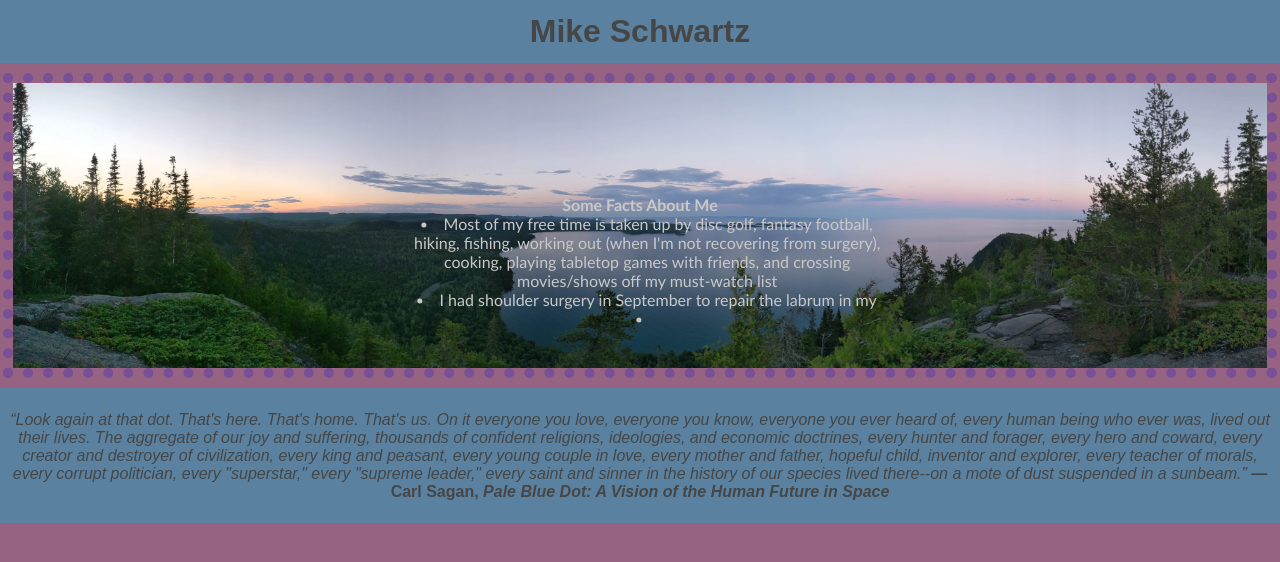
Repository: Ellusionism/prime-pw-week-1-assignment
Page: assignment/index.html
The author's editor kept a copy of each file at every save. The page is drawn from the files as they stood at one save, then again after the next save.
The browser window is 1280 px wide. The pictures show the whole page.

Above is the page before, as saved 2022-10-26 17:25:00.

After the next save:
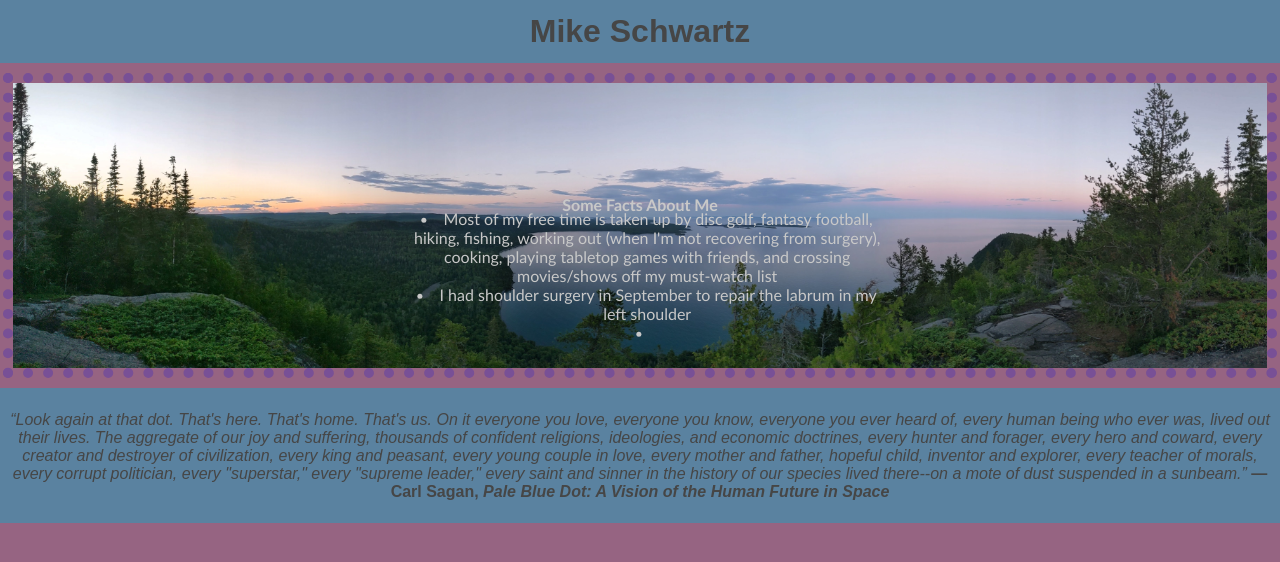
Saved 8 s later.
--- a/assignment/index.html
+++ b/assignment/index.html
@@ -27,7 +27,7 @@
         <h4 class="facts">Some Facts About Me</h4>
         <ul class="facts-list">
             <li>Most of my free time is taken up by disc golf, fantasy football, hiking, fishing, working out (when I'm not recovering from surgery), cooking, playing tabletop games with friends, and crossing movies/shows off my must-watch list</li>
-            <li>I had shoulder surgery in September to repair the labrum in my </li>
+            <li>I had shoulder surgery in September to repair the labrum in my left shoulder</li>
             <li></li>
         </ul>
     </div>
